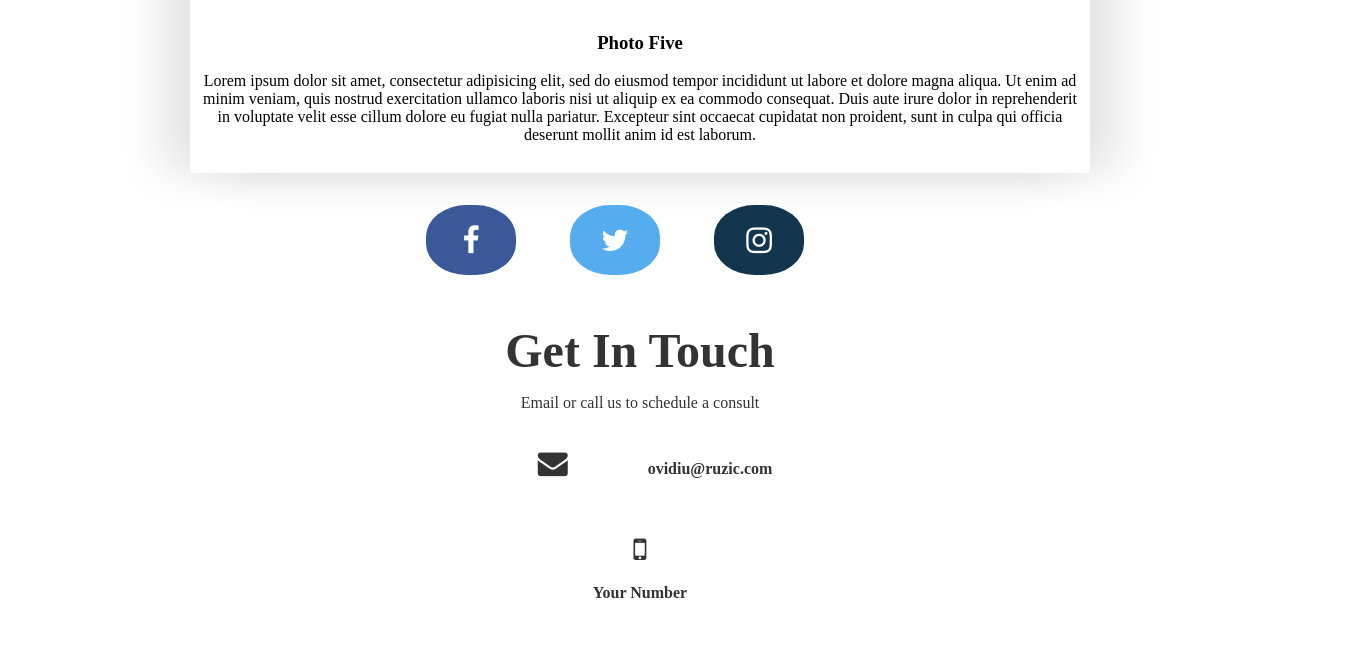
Repository: konstantin0s/mobile-photography
Page: index.html
An editor plug-in stored every save of this project. The page is shown before and after the next save, followed by the edit.
The browser window is 1280 px wide. The page is 1346 px wide, then 1280 px, so the pictures cover 1346 px, including what lies to the right of the window. The pictures show the part of the page from y = 4062 to 4720 px (the page is 4720 px tall before and 4702 px after).

Above is the page before, as saved 2019-05-11 15:01:09.

### index.html
<!DOCTYPE html>
<html lang="en" dir="ltr">
  <head>
    <meta charset="utf-8">
    <meta name="viewport" content="width=device-width, initial-scale=1.0">
    <meta http-equiv="X-UA-Compatible" content="ie=edge">
    <link rel="stylesheet" href="https://cdnjs.cloudflare.com/ajax/libs/font-awesome/4.7.0/css/font-awesome.min.css">
    <link rel="stylesheet" href="css/style.css">

    <title>Mobile Photography</title>
  </head>
  <body>
<main>
  <div id="landing" class="">
    <div id="landing-text" class="">
      <div id="landing-text-inner" class="">
       <img id="logo" src="img/logos.png" />
       <h1>Photography</h1>
        <a href="#images" class="btn" id="view-work">
          View Work
        </a>
      </div>
    </div>
    <div id="landing-image" class="">

    </div>
  </div>

  <div id="images" class="">
<div id="header">
  <h2>Our Work</h2>
</div>
<img src="https://source.unsplash.com/1600x900/?nature,water" alt="">
<div class="caption">
  <h3>Photo One</h3>
  <p>
    Lorem ipsum dolor sit amet, consectetur adipisicing elit, sed do eiusmod tempor incididunt ut labore et dolore magna aliqua. Ut enim ad minim veniam, quis nostrud exercitation ullamco laboris nisi ut aliquip ex ea commodo consequat. Duis aute irure dolor in reprehenderit in voluptate velit esse cillum dolore eu fugiat nulla pariatur. Excepteur sint occaecat cupidatat non proident, sunt in culpa qui officia deserunt mollit anim id est laborum.

  </p>
</div>

<img src="https://source.unsplash.com/1600x900/?nature,clouds" alt="">
<div class="caption">
  <h3>Photo Two</h3>
  <p>
    Lorem ipsum dolor sit amet, consectetur adipisicing elit, sed do eiusmod tempor incididunt ut labore et dolore magna aliqua. Ut enim ad minim veniam, quis nostrud exercitation ullamco laboris nisi ut aliquip ex ea commodo consequat. Duis aute irure dolor in reprehenderit in voluptate velit esse cillum dolore eu fugiat nulla pariatur. Excepteur sint occaecat cupidatat non proident, sunt in culpa qui officia deserunt mollit anim id est laborum.

  </p>
</div>

<img src="https://source.unsplash.com/1600x900/?nature,animals" alt="">
<div class="caption">
  <h3>Photo Three</h3>
  <p>
    Lorem ipsum dolor sit amet, consectetur adipisicing elit, sed do eiusmod tempor incididunt ut labore et dolore magna aliqua. Ut enim ad minim veniam, quis nostrud exercitation ullamco laboris nisi ut aliquip ex ea commodo consequat. Duis aute irure dolor in reprehenderit in voluptate velit esse cillum dolore eu fugiat nulla pariatur. Excepteur sint occaecat cupidatat non proident, sunt in culpa qui officia deserunt mollit anim id est laborum.

  </p>
</div>

<img src="https://source.unsplash.com/1600x900/?nature,trees" alt="">
<div class="caption">
  <h3>Photo Four/h3>
  <p>
    Lorem ipsum dolor sit amet, consectetur adipisicing elit, sed do eiusmod tempor incididunt ut labore et dolore magna aliqua. Ut enim ad minim veniam, quis nostrud exercitation ullamco laboris nisi ut aliquip ex ea commodo consequat. Duis aute irure dolor in reprehenderit in voluptate velit esse cillum dolore eu fugiat nulla pariatur. Excepteur sint occaecat cupidatat non proident, sunt in culpa qui officia deserunt mollit anim id est laborum.

  </p>
</div>

<img src="https://source.unsplash.com/1600x900/?nature,flowers" alt="">
<div class="caption">
  <h3>Photo Five</h3>
  <p>
    Lorem ipsum dolor sit amet, consectetur adipisicing elit, sed do eiusmod tempor incididunt ut labore et dolore magna aliqua. Ut enim ad minim veniam, quis nostrud exercitation ullamco laboris nisi ut aliquip ex ea commodo consequat. Duis aute irure dolor in reprehenderit in voluptate velit esse cillum dolore eu fugiat nulla pariatur. Excepteur sint occaecat cupidatat non proident, sunt in culpa qui officia deserunt mollit anim id est laborum.

  </p>
</div>

  </div>

</main>

<footer>
    <a href="#" class="fa fa-facebook"></a>
    <a href="#" class="fa fa-twitter"></a>
    <a href="#" class="fa fa-instagram"></a>

  <h3>Get In Touch</h3>
  <p>Email or call us to schedule a consult</p>
  <p><i class="fa fa-envelope fa-5x" aria-hidden="true"></i><strong>ovidiu@ruzic.com</strong>
  </p>
  <p><i class="fa fa-mobile fa-5x" aria-hidden="true"></i> <strong>Your Number</strong></p>
</footer>
<script
src="https://code.jquery.com/jquery-3.3.1.min.js"
integrity="sha256-FgpCb/KJQlLNfOu91ta32o/NMZxltwRo8QtmkMRdAu8="
crossorigin="anonymous"></script>
<script type="text/javascript" src="js/main.js">

</script>
  </body>
</html>

### css/style.css
import url('https://fonts.googleapis.com/css?family=Open+Sans');

body {
  font-family: 'Open Sans', sans-serif;
  margin: 0;
  background-color: #eee;
  height: auto;
}

h1{
  font-weight: 400;
  font-size: 2.5rem;
  text-transform: uppercase;
  margin: 0;
  border-bottom: 1px solid black;
  top: -90px;
  position: relative;
}

h2 {
  font-weight: 400;
  font-size: 1.2rem;
  text-transform: capitalize;
  margin: 0;
}

img {
  display: block;
  width: 100%;
}

#logo {
  top: -80px;
  position: relative;
}

main {
  max-width: 900px;
  margin: auto;
  box-shadow: 30px 0px 40px rgba(0,0,0,0.1), -30px 0px 40px rgba(0,0,0,0.1);
}

#landing {
  background: #fff;
  }

#landing-text {
display: flex;
flex: 0 1 40vw;
height: 50vh;
justify-content: center;
align-items: center;
text-align: center;
padding-right: 1rem;
padding-left: 1rem;
}

#landing-text h2 {
  color: #888;
}
.btn {
  padding: 0.5rem 2rem;
  border: 1px #ccc solid;
  display: inline-block;
  margin: 2rem 0 0;
  border-radius: 50px;
  text-decoration: none;
  color: #333;
  transition: background 500ms ease;
}

#landing-image {
  background: url(https://source.unsplash.com/De8wMYoSSBc);
  background-position: center;
  background-size: cover;
  background-repeat: no-repeat;
  height: 50vh;
  flex: 0 1 60vw;
  margin: 0;
}

.btn:hover {
  background: #f4f4f4;
}

#header {
  padding: 1.5rem;
  text-align: center;
  background: #333;
  color: #fff;
}

#header h2 {
  border-left: dotted 1px #fff;
  border-right: dotted 1px #fff;
display: inline-block;
padding-right: 1rem;
padding-left: 1rem;
}

.caption {
  padding: 0.8rem;
  text-align: center;
}

footer {
  text-align: center;
  padding: 2rem 1rem;
  margin: auto;
  color: #333;
}

footer h3 {
  font-size: 3rem;
  margin-bottom: 0;
}

.fa {
  padding: 20px;
  margin-right: 50px;
  font-size: 30px;
  width: 50px;
  text-align: center;
  text-decoration: none;
  border-radius: 45%;
}

/* Add a hover effect if you want */
.fa:hover {
  opacity: 0.7;
}

/* Set a specific color for each brand */

/* Facebook */
.fa-facebook {
  background: #3B5998;
  color: white;
}

/* Twitter */
.fa-twitter {
  background: #55ACEE;
  color: white;
}

/* Instagram */
.fa-instagram {
  background: rgb(19, 53, 78);
  color: white;
}

/* Email & Phone*/

.fa-envelope {

}

.fa-mobile {
position: relative;
left:-20px;
width: 100%;
}


/* Screen size 500px and up*/
@media(min-width: 500px) {
  #landing {
    display: flex;
    height: 100%;
  }
  #landing-text {
    height: 100vh;
  }
  #landing-image {
    height: 100vh;
  }
}

/* Screen size 700px and up*/
@media(min-width: 700px) {
  .btn {
    padding: 1rem 3rem;
  }
}

/* Screen size 700px and up*/
@media(max-width: 500px) {
  .btn {
    padding: 1rem 3rem;
  }


  #logo {
    display: flex;
    width: 200px;
    height: 150px;
    flex-direction: column;
    top: -30px;
    position: relative;
  }

  h1 {

    flex-direction: column;
    top: -20px;
  font-size: 28px;
  border-bottom: 1px solid black;
  }
}

### js/main.js
//animate smooth scroll
$('#view-work').on('click', function() {
  const images = $('#images').position().top;

  $('html, body').animate({
    scrollTop: images
  }, 900)
});

After the next save:
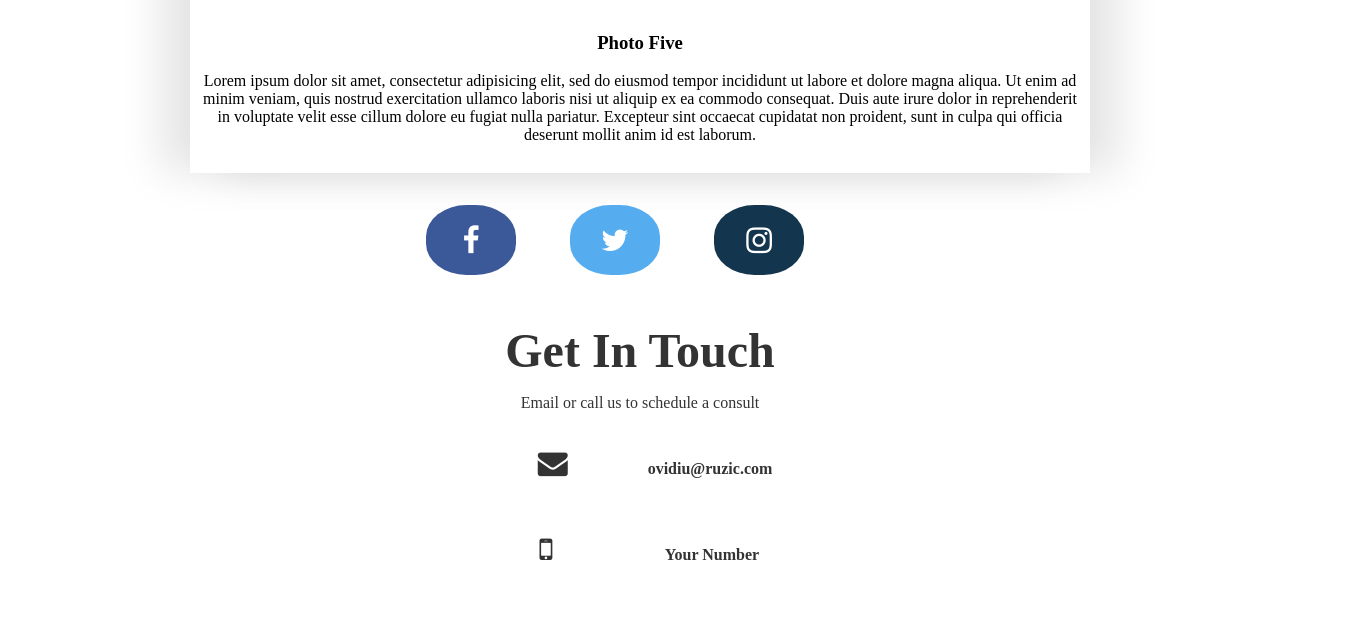
Saved 15 s later.
--- a/css/style.css
+++ b/css/style.css
@@ -159,7 +159,7 @@ footer h3 {
 .fa-mobile {
 position: relative;
 left:-20px;
-width: 100%;
+height: 30px
 }
 
 
